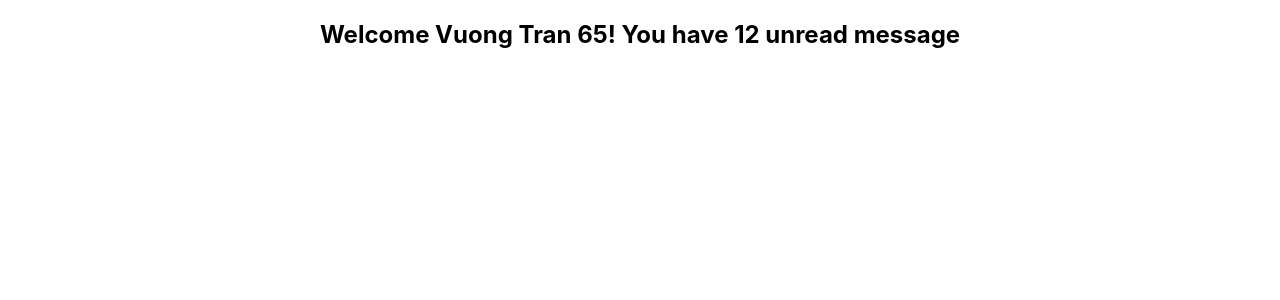
Repository: vuongtm1999/ALTA-exercise-1
Page: /
An editor plug-in stored every save of this project. The page is shown before and after the next save, followed by the edit.
The browser window is 1280 px wide. The pictures show the whole page.
The project was rebuilt for these pictures with package versions that can differ from the ones it lists, and the page was loaded fresh each time.

Above is the page before, as saved 2022-10-24 16:12:28.

After the next save:
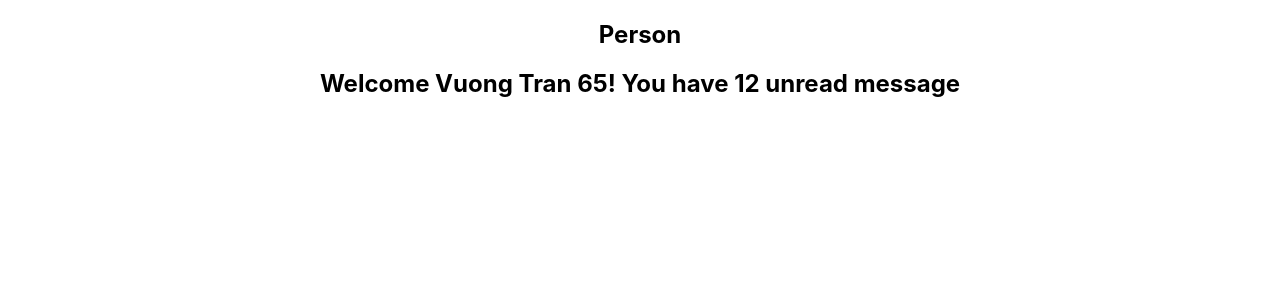
Saved 22 s later.
--- a/src/App.tsx
+++ b/src/App.tsx
@@ -1,9 +1,11 @@
 import './App.css';
 import { Greet } from './components/Greet';
+import Person from './components/Person';
 
 function App() {
   return (
     <div className="App">
+      <Person />
       <Greet name="Vuong Tran 65" messageCount={12} isLoggedIn={true}  />
     </div>
   );
